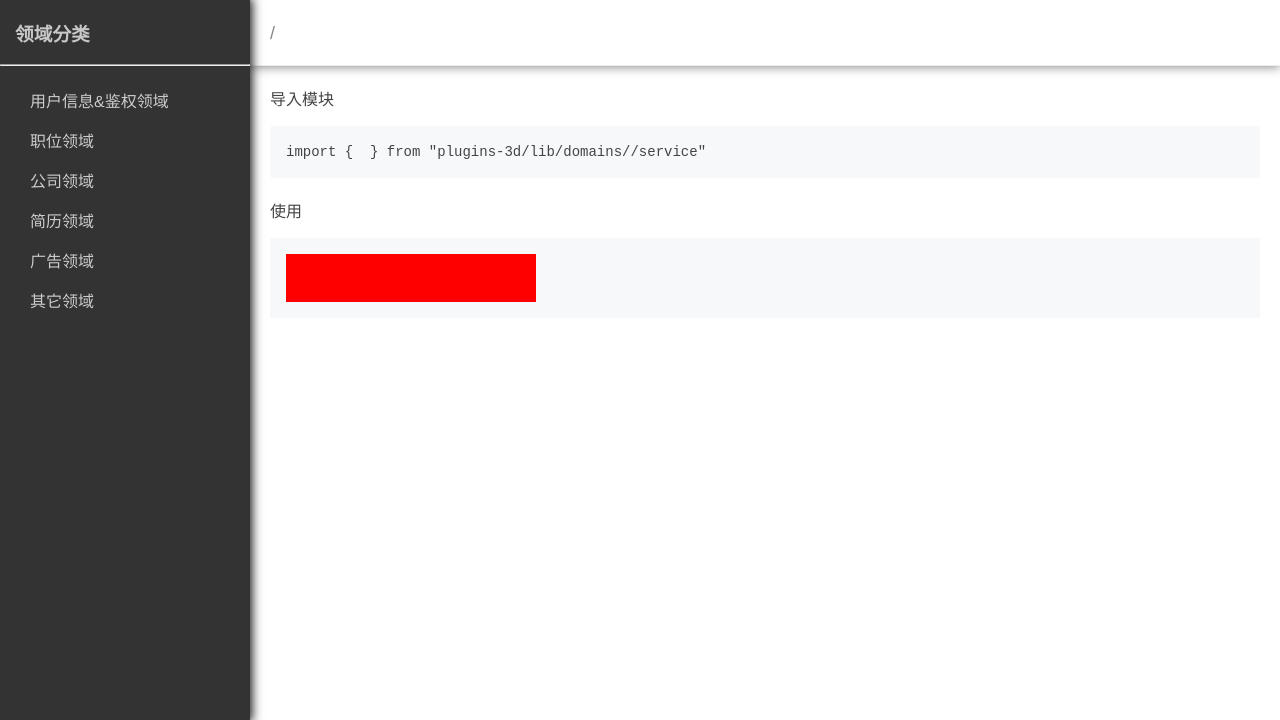
Repository: lsliangshan/inig-3d-doc
Page: /detail
These files come from the project's save history. The page is drawn as it stood at one moment and after the next save; the edit follows.
The browser window is 1280 px wide. The pictures show the whole page.
An inner scrolling area shows only its first screen. The project was rebuilt for these pictures with package versions that can differ from the ones it lists, and the page was loaded fresh each time. Also part of the build but not shown: vue.config.js, src/components/HelloWorld.vue, src/views/Home.vue, src/components/User.vue, src/components/Position.vue, src/components/Company.vue, src/components/Resume.vue, src/components/Ads.vue and 1 more. Imported but missing from the stored project, and not drawn on this page: ../plugins-3d/lib/domains/job/service, ../plugins-3d/lib/domains/user/service.

Above is the page before, as saved 2019-08-08 21:35:02.

After the next save:
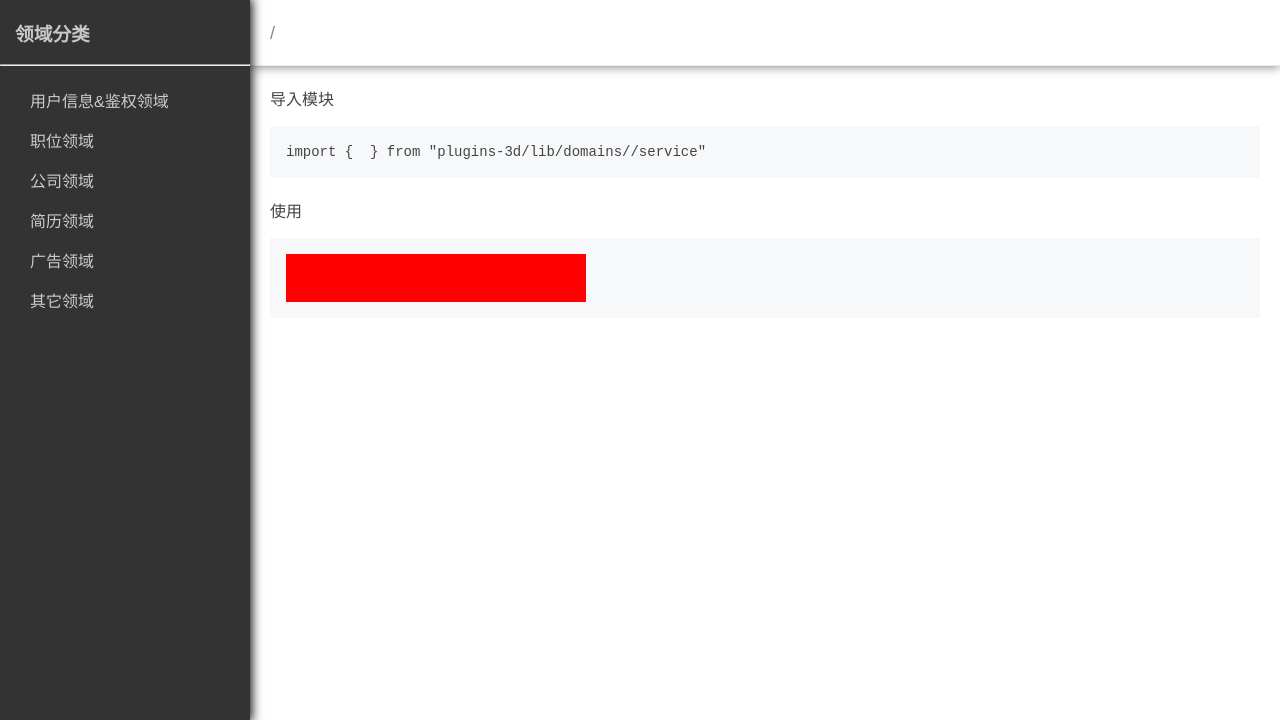
Saved 20 s later.
--- a/src/components/parts/DetailContent.vue
+++ b/src/components/parts/DetailContent.vue
@@ -130,8 +130,9 @@
       box-shadow 0.2s ease-in-out;
   }
   .form_footer {
-    width: 250px;
+    width: 300px;
     height: 48px;
+
     background-color: red;
   }
 </style>
